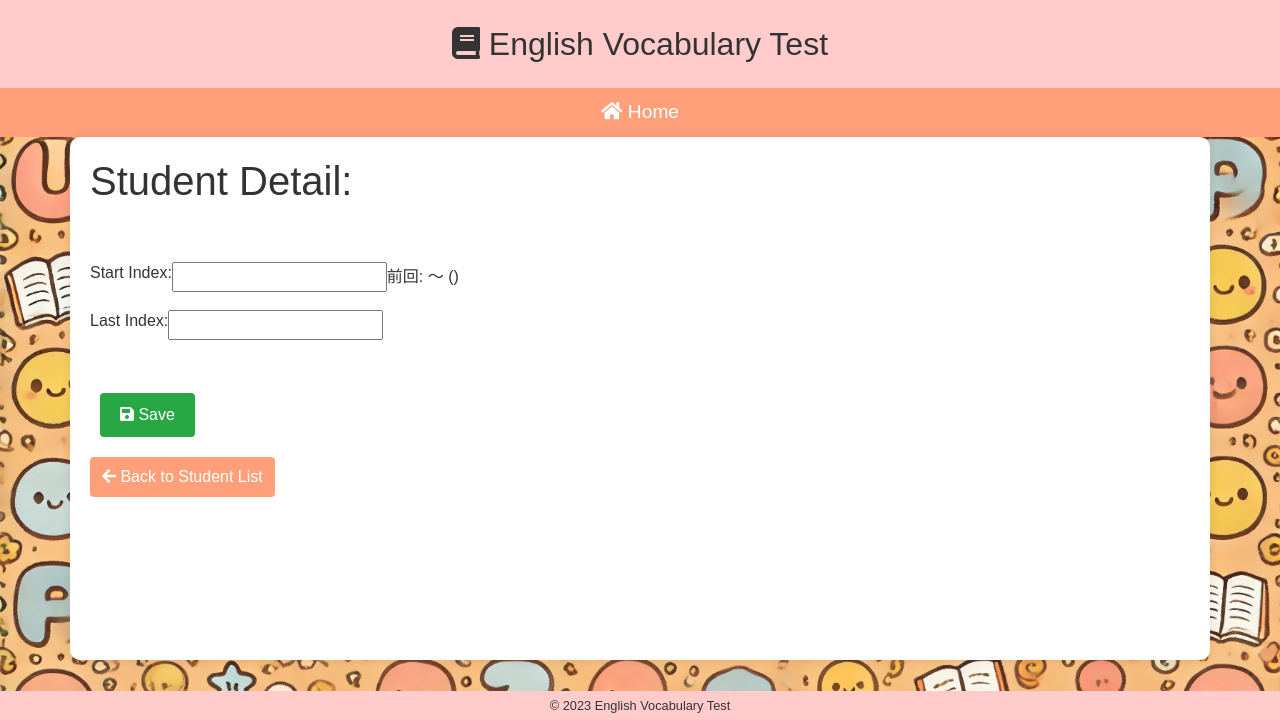
Repository: YamatoGH/testapp
Page: testapp/templates/testapp/student_detail.html
The author's editor kept a copy of each file at every save. The page is drawn from the files as they stood at one save, then again after the next save.
The browser window is 1280 px wide. The pictures show the whole page.
The page is served by the project's application, run on Django 5.2 (manage.py). The template is opened directly, without the code that normally fills it, so the values that code supplies are empty.

Above is the page before, as saved 2024-07-30 11:22:22.

After the next save:
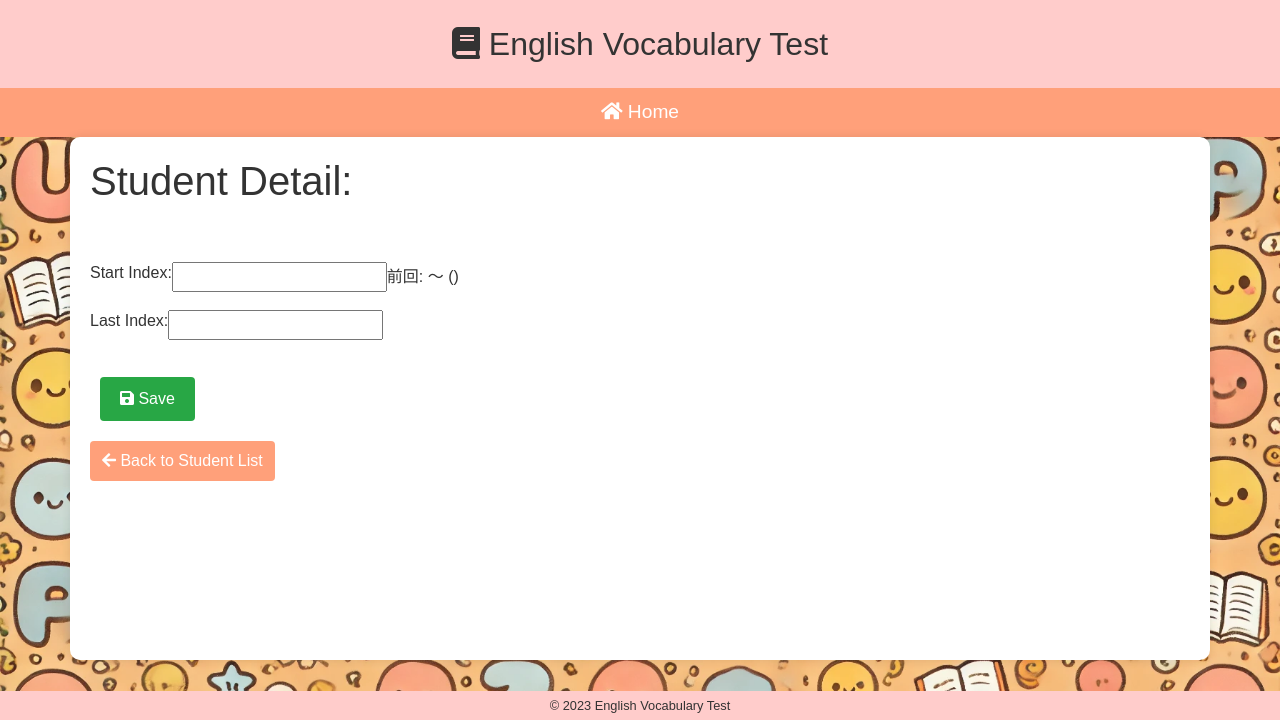
Saved 2 min 46 s later.
--- a/testapp/templates/testapp/student_detail.html
+++ b/testapp/templates/testapp/student_detail.html
@@ -24,7 +24,7 @@
         <label for="id_last_index">Last Index:</label>
         <input type="number" name="last_index" id="id_last_index" value="{{ form.last_index.value }}">
     </div>
-    <div class="form-group">
+    <div class="note-field">
         {{ form.note.label_tag }}{{ form.note }}
     </div>
     <div class="form-group">
